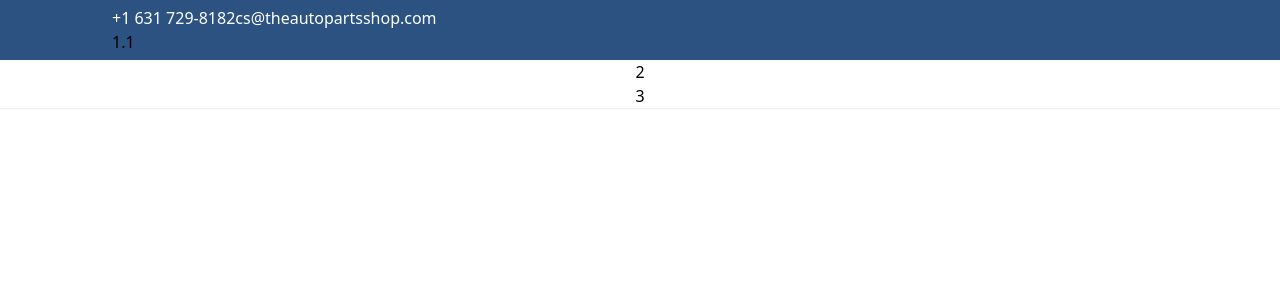
Repository: robindhimanspineor/TAPS-Next
Page: /
These files come from the project's save history. The page is drawn as it stood at one moment and after the next save; the edit follows.
The browser window is 1280 px wide. The pictures show the whole page.
The project was rebuilt for these pictures with package versions that can differ from the ones it lists, and the page was loaded fresh each time. The framework's server and built-in components were replaced by stand-ins that run in the browser. Also part of the build but not shown: next.config.js.

Above is the page before, as saved 2021-09-16 15:02:34.

After the next save:
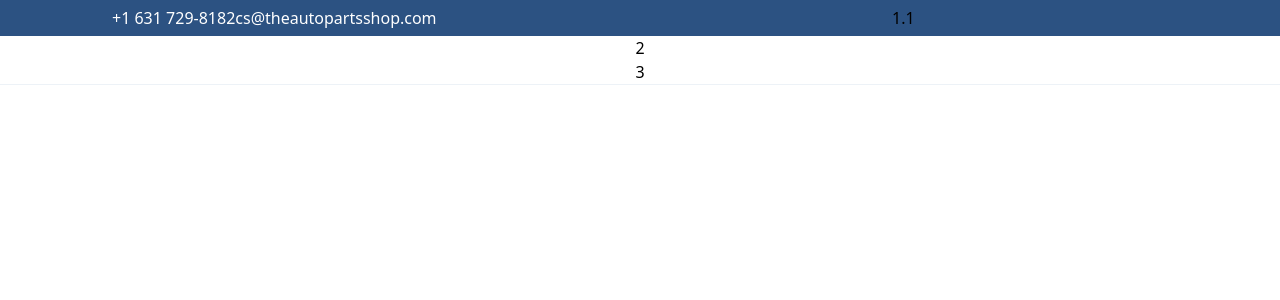
Saved 14 s later.
--- a/src/components/common/header/index.js
+++ b/src/components/common/header/index.js
@@ -1,7 +1,7 @@
 const Header = () => {
   return (
     <header className="flex flex-col items-center justify-center w-full static border-b z-50">
-      <div className="head-top just-between py-1.5 pr-32 pl-28 bg-blue-800 w-full">
+      <div className="head-top flex just-between py-1.5 pr-32 pl-28 bg-blue-800 w-full">
         <div className="head-top-left flex text-white font-medium w-9/12">
           <div className="head-top phone">
             <span></span>
